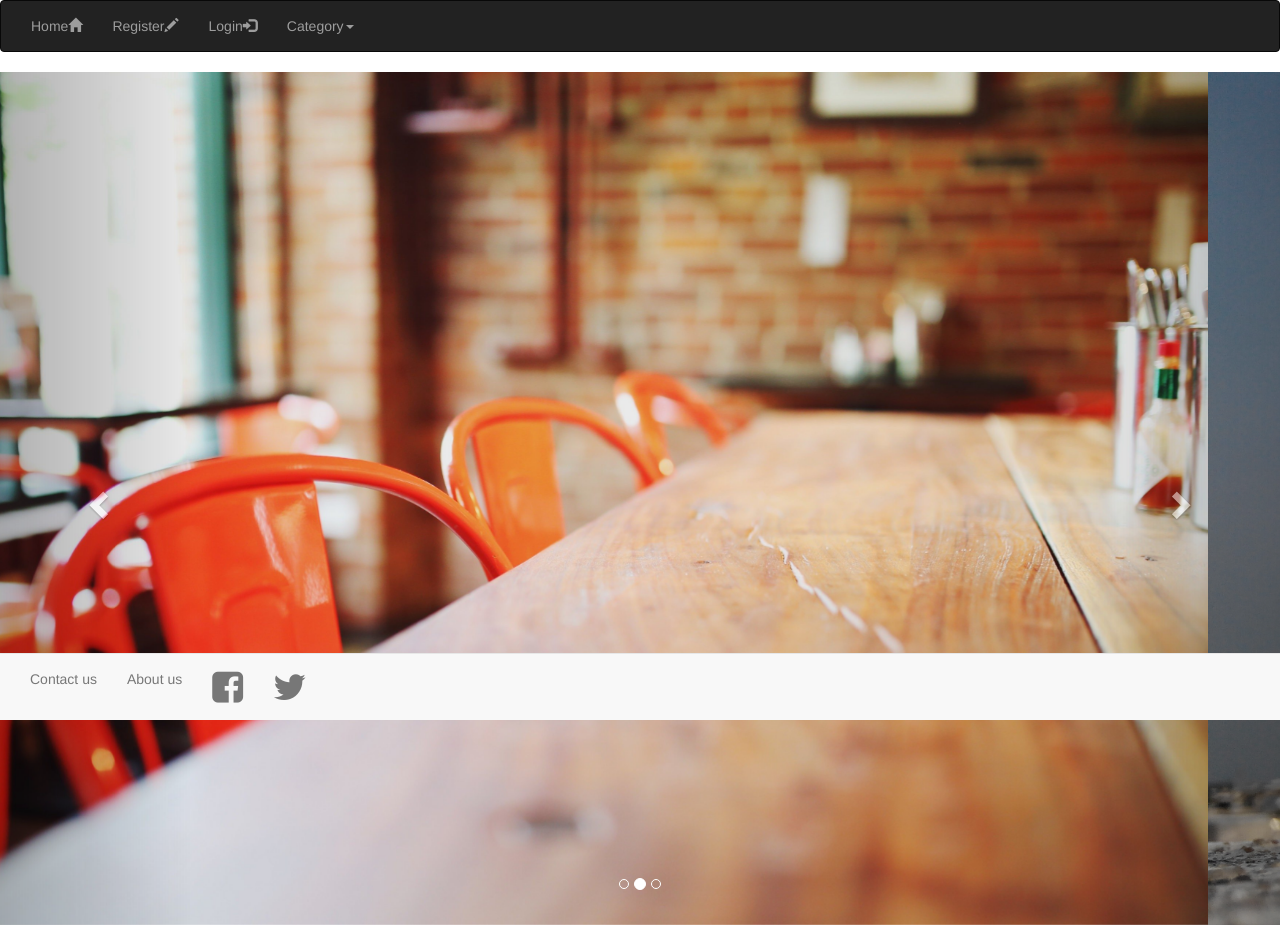
Repository: mozhulungdsuo/Task3
Page: http://localhost/DynamicWebsite/
The author's editor kept a copy of each file at every save. The page is drawn from the files as they stood at one save, then again after the next save.
The browser window is 1280 px wide. The pictures show the whole page.
Some web libraries are served in a nearby version. The page is served by Tomcat 9.

Above is the page before, as saved 2018-01-11 04:32:44.

### DynamicWebsite/WebContent/index.jsp
<%@ page language="java" contentType="text/html; charset=ISO-8859-1"
    pageEncoding="ISO-8859-1"%>
<!DOCTYPE html PUBLIC "-//W3C//DTD HTML 4.01 Transitional//EN" "http://www.w3.org/TR/html4/loose.dtd">
<html>
<head>
<meta http-equiv="Content-Type" content="text/html; charset=ISO-8859-1">
<title>Insert title here</title>
<meta name="viewport" content="width=device-width, initial-scale=1">
  <link rel="stylesheet" href="https://maxcdn.bootstrapcdn.com/bootstrap/3.3.7/css/bootstrap.min.css">
  <link rel="stylesheet" href="https://cdnjs.cloudflare.com/ajax/libs/font-awesome/4.7.0/css/font-awesome.min.css">
  <script src="https://ajax.googleapis.com/ajax/libs/jquery/3.2.1/jquery.min.js"></script>
  <script src="https://maxcdn.bootstrapcdn.com/bootstrap/3.3.7/js/bootstrap.min.js"></script>
</head>
<nav class="navbar navbar-inverse">
  <div class="container-fluid">
  <ul class="nav navbar-nav">
   <li><a href="#">Home<span class="glyphicon glyphicon-home"></span></a></li>
   <li><a href="#">Register<span class="glyphicon glyphicon-pencil"></span></a></li>
   <li><a href="#">Login<span class="glyphicon glyphicon-log-in"></span></a></li>
   <li class="dropdown"><a class="dropdown-toggle" data-toggle="dropdown" href="#">Category<span class="caret"></span></a>
        <ul class="dropdown-menu">
          <li><a href="#">Jeans</a></li>
          <li><a href="#">Shirts</a></li>
          <li><a href="#">Shoes</a></li>
        </ul>
        </li>
    </ul>
    </div>
    </nav>


      <div id="myCarousel" class="carousel slide" data-ride="carousel">
  <!-- Indicators -->
  <ol class="carousel-indicators">
    <li data-target="#myCarousel" data-slide-to="0" class="active"></li>
    <li data-target="#myCarousel" data-slide-to="1"></li>
    <li data-target="#myCarousel" data-slide-to="2"></li>
  </ol>

  <!-- Wrapper for slides -->
  <div class="carousel-inner">
    <div class="item active">
      <img src="1.jpg" alt="Image not found">
    </div>

    <div class="item">
      <img src="2.jpg" alt="Image not found">
    </div>

    <div class="item">
      <img src="3.jpg" alt="Image not found">
    </div>
  </div>

  <!-- Left and right controls -->
  <a class="left carousel-control" href="#myCarousel" data-slide="prev">
    <span class="glyphicon glyphicon-chevron-left"></span>
    <span class="sr-only">Previous</span>
  </a>
  <a class="right carousel-control" href="#myCarousel" data-slide="next">
    <span class="glyphicon glyphicon-chevron-right"></span>
    <span class="sr-only">Next</span>
  </a>
</div>




    <nav class="navbar navbar-default navbar-fixed-bottom">
    <div class="container-fluid">
    <ul class="nav navbar-nav">
     <li><a href="#">Contact us</a></li>
      <li><a href="#">About us</a></li>
      <li><a href="#"><i class="fa fa-facebook-square" style="font-size:36px"></i></a></li>
      <li><a href="#"><i class="fa fa-twitter" style="font-size:36px"></i></a></li>

  </ul>
       </div>
      </nav>

<body>

</body>
</html>

After the next save:
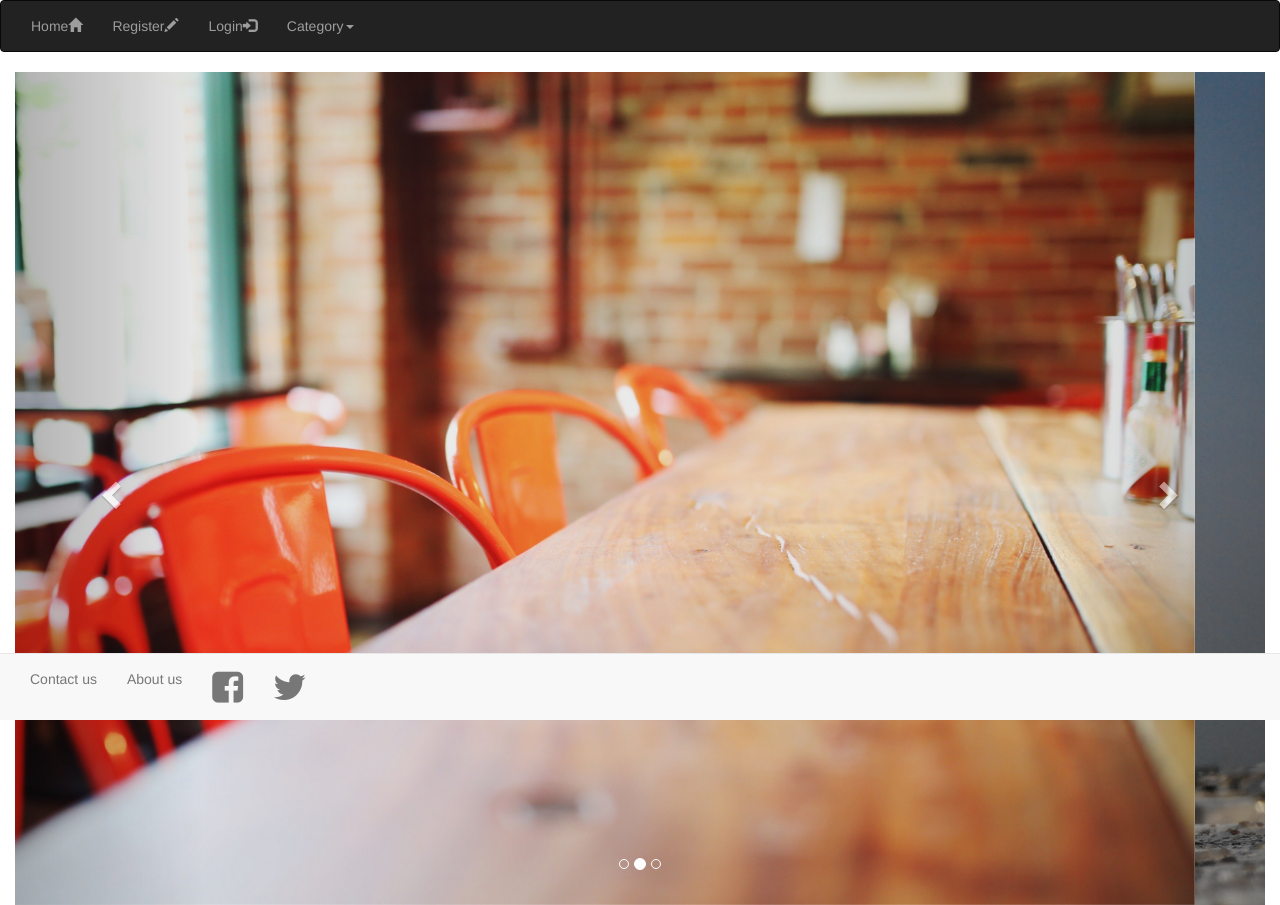
Saved 3 min 34 s later.
--- a/DynamicWebsite/WebContent/index.jsp
+++ b/DynamicWebsite/WebContent/index.jsp
@@ -28,7 +28,7 @@
     </div>
     </nav>
 
-
+      <div class="container-fluid">
       <div id="myCarousel" class="carousel slide" data-ride="carousel">
   <!-- Indicators -->
   <ol class="carousel-indicators">
@@ -62,6 +62,7 @@
     <span class="sr-only">Next</span>
   </a>
 </div>
+</div>
 
 
 
